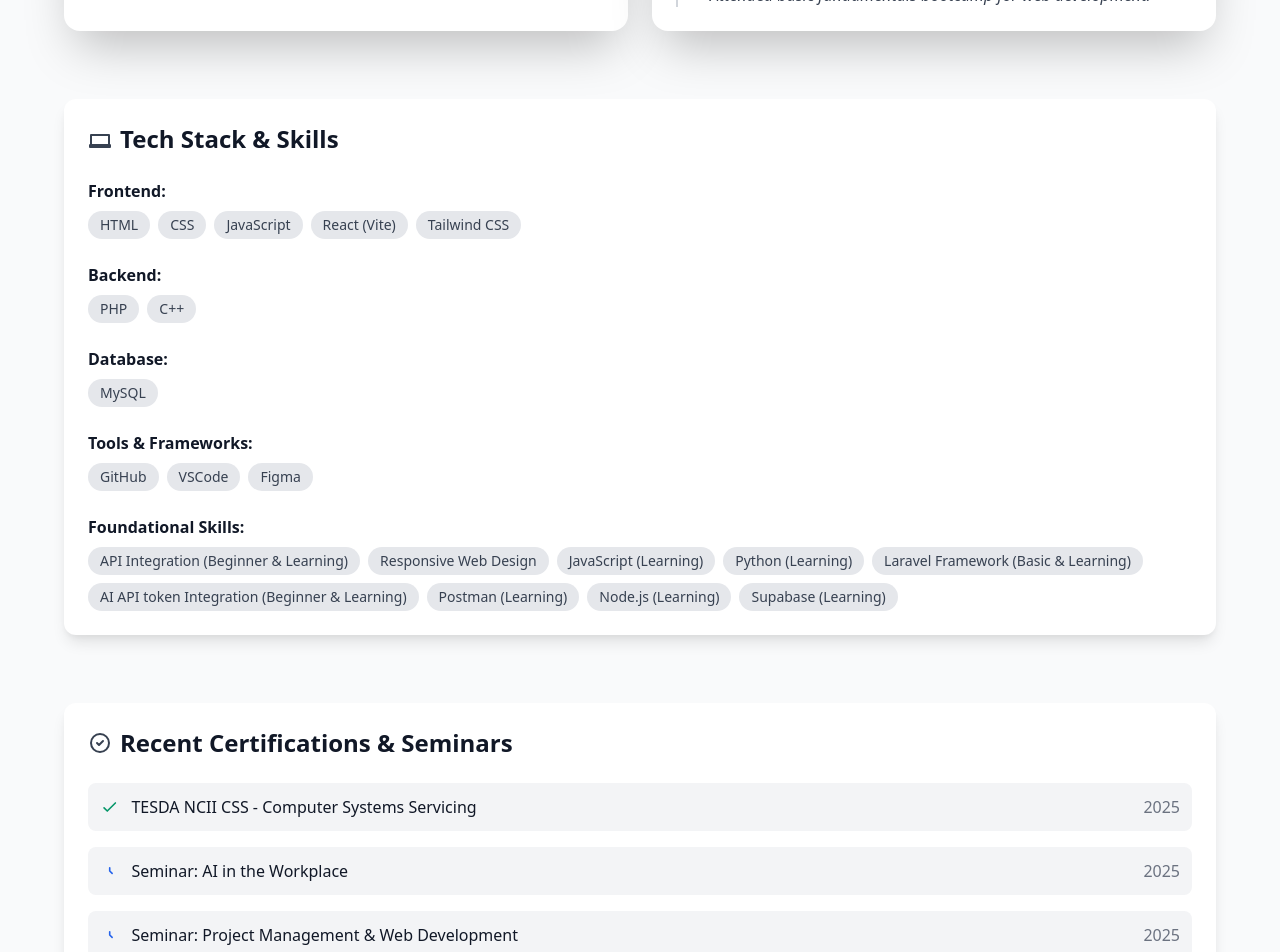
Repository: MeekSharkdev/cv-portfolio
Page: index.html
These files come from the project's save history. The page is drawn as it stood at one moment and after the next save; the edit follows.
The browser window is 1280 px wide. The pictures show the part of the page from y = 993 to 1945 px (the page is 2740 px tall).
A picture or video elsewhere on the page could not be fetched, so the positions and the page height are approximate.

Above is the page before, as saved 2026-01-31 20:58:13.
Not found: styles.css

After the next save:
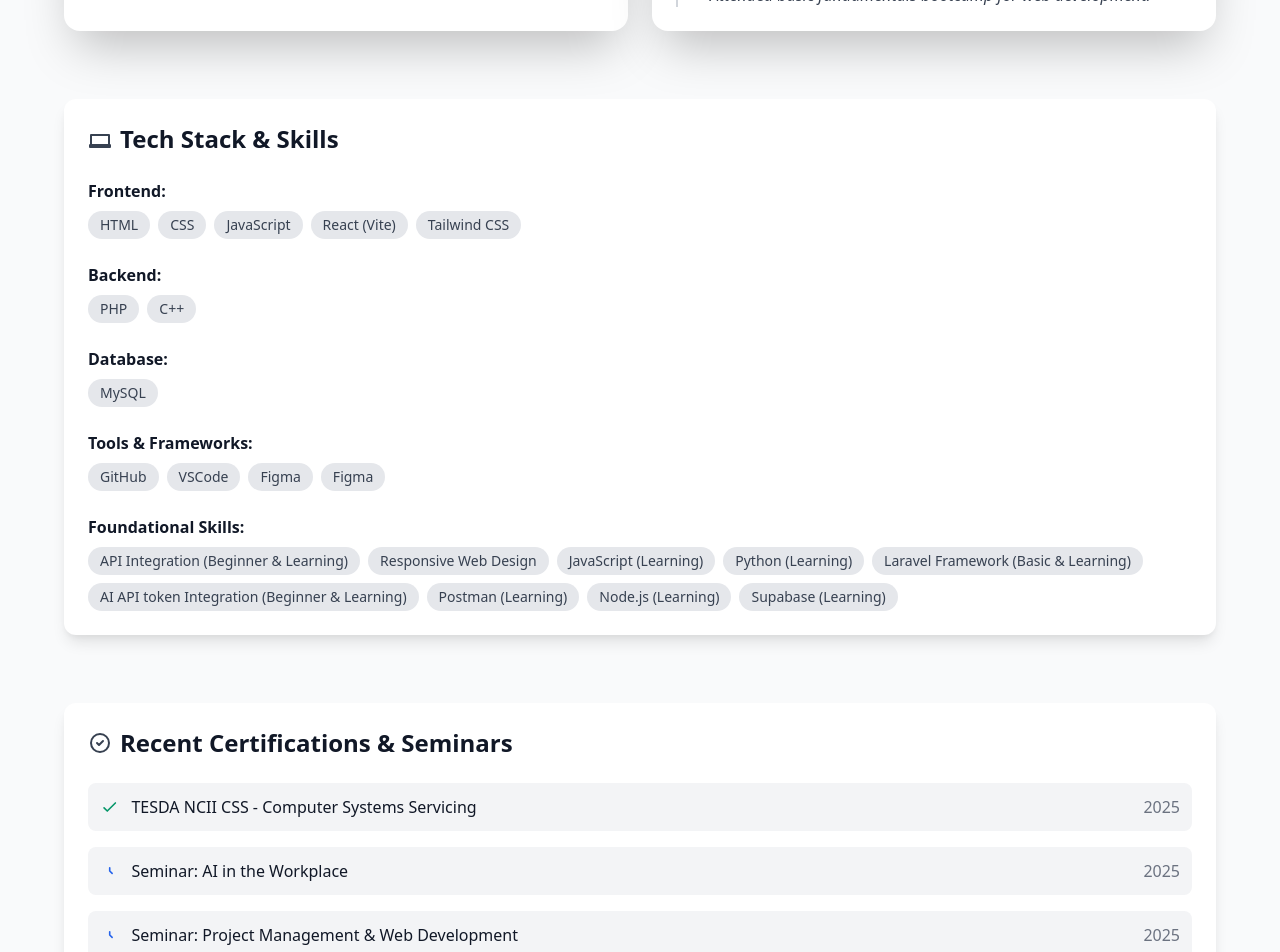
Saved 40 s later.
--- a/index.html
+++ b/index.html
@@ -214,6 +214,7 @@
                     <div class="flex flex-wrap gap-2">
                         <span class="px-3 py-1 bg-gray-200 rounded-full text-gray-700 text-sm">GitHub</span>
                         <span class="px-3 py-1 bg-gray-200 rounded-full text-gray-700 text-sm">VSCode</span>
+                        <span class="px-3 py-1 bg-gray-200 rounded-full text-gray-700 text-sm">Figma</span>
                         <span class="px-3 py-1 bg-gray-200 rounded-full text-gray-700 text-sm">Figma</span>
                     </div>
                 </div>
